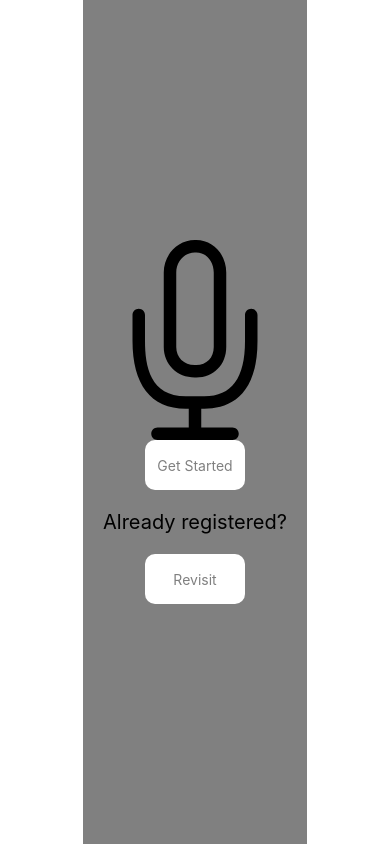
Repository: mortiestmorty1/recordings-app
Screen: / (app in frontend/)
These files come from the project's save history. The screen is drawn as it stood at one moment and after the next save; the edit follows.
The app was drawn by React Native's web renderer in a window 390 px wide. The project was rebuilt for these pictures with package versions that can differ from the ones it lists, and the page was loaded fresh each time. Also part of the build but not shown: frontend/components/registerUser.js.

Above is the screen before, as saved 2024-03-07 22:52:23.

After the next save:
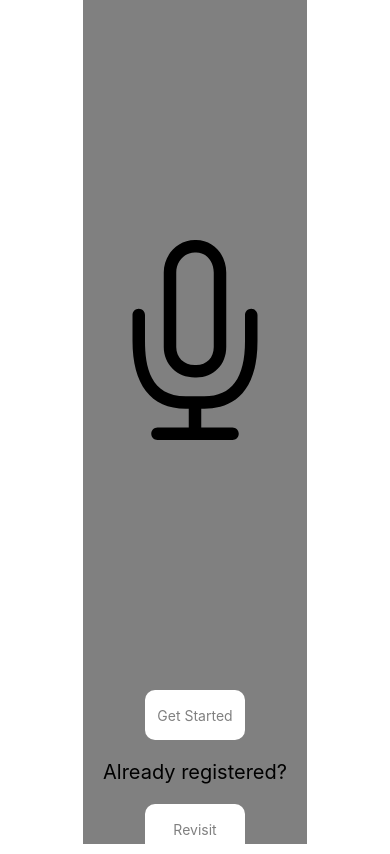
Saved 4 s later.
--- a/frontend/components/firstscreen.js
+++ b/frontend/components/firstscreen.js
@@ -40,7 +40,7 @@ const styles = StyleSheet.create({
   content: {
     justifyContent: 'center',
     alignItems: 'center',
-    Top: 250, // Changed from top to marginTop for better layout control
+    top: 250, // Changed from top to marginTop for better layout control
   },
   btn1: {
     width: 100,
